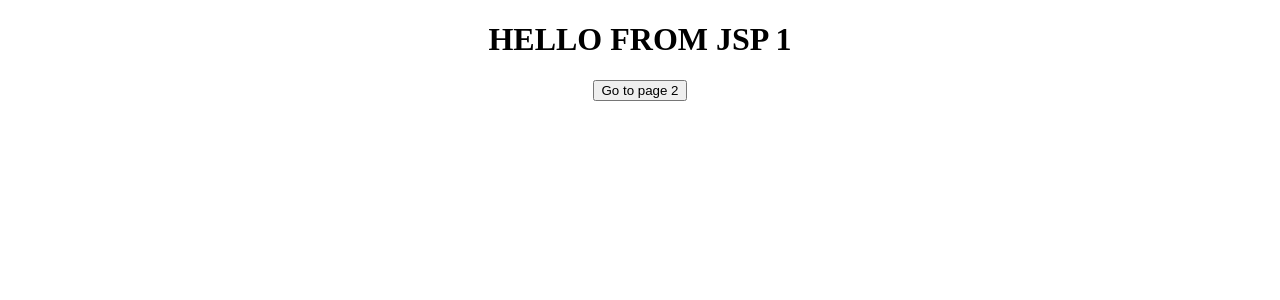
Repository: dannytayade1495/WEJE3
Page: http://localhost/jsp/DemoJsp1.jsp
The author's editor kept a copy of each file at every save. The page is drawn from the files as they stood at one save, then again after the next save.
The browser window is 1280 px wide. The pictures show the whole page.
The page is served by Tomcat 9.

Above is the page before, as saved 2023-03-23 11:17:03.

After the next save:
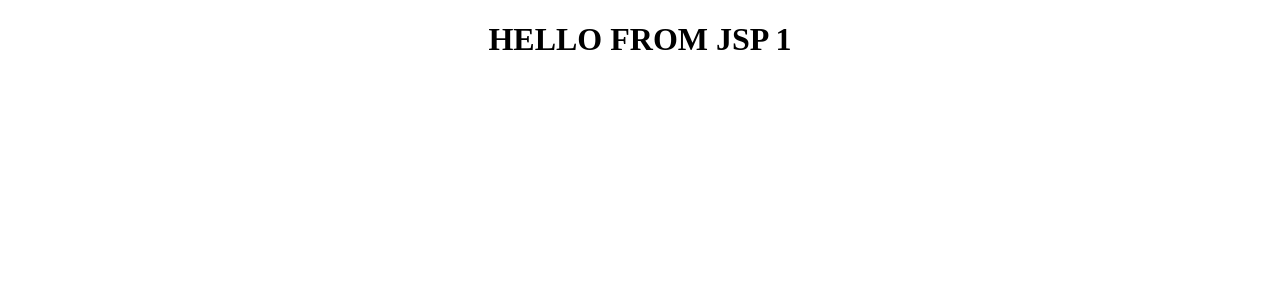
Saved 5 s later.
--- a/jsp/src/main/webapp/DemoJsp1.jsp
+++ b/jsp/src/main/webapp/DemoJsp1.jsp
@@ -9,9 +9,6 @@
 <body>
 	<div align="center">
 		<h1>HELLO FROM JSP 1</h1>
-		<form action="./DemoJsp2.jsp">
-			<input type="submit" value="Go to page 2">
-		</form>
 	</div>
 </body>
 </html>
